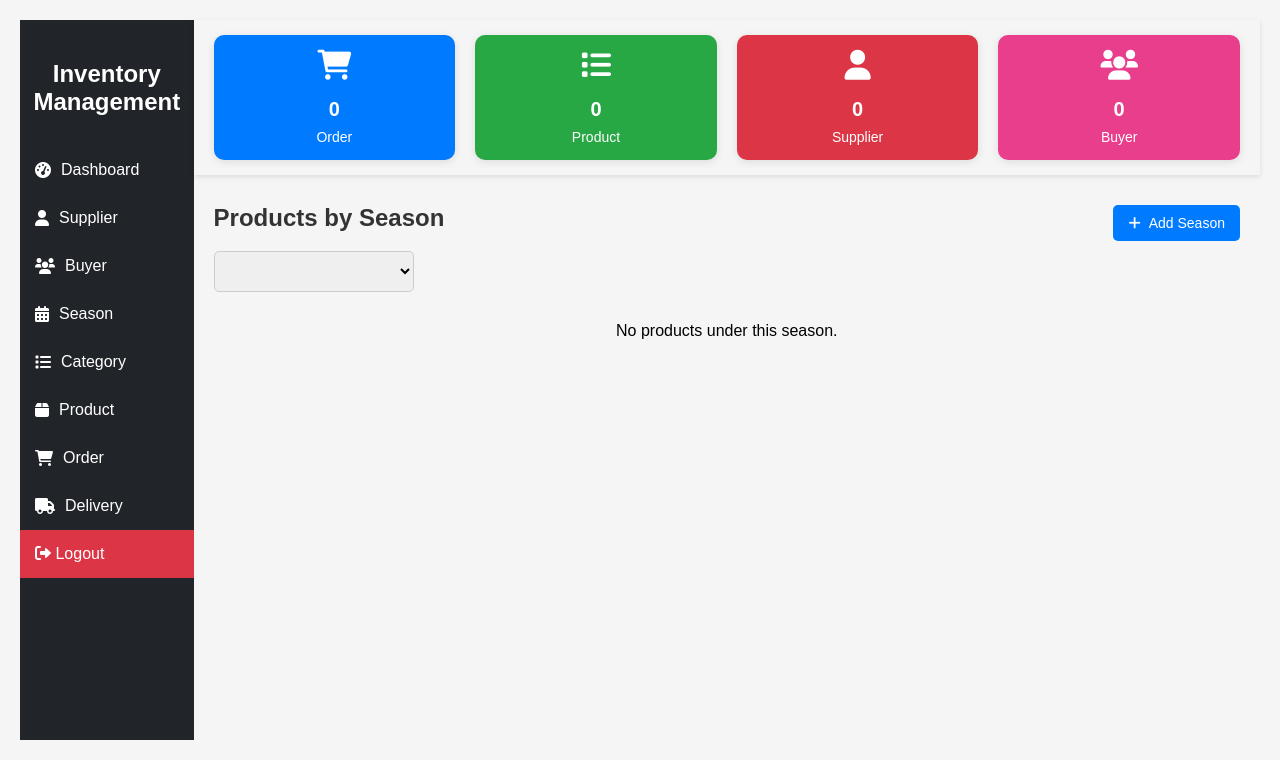
Repository: Fail2/Inventory_Management
Page: http://localhost/accounts/products/by/season/
An editor plug-in stored every save of this project. The page is shown before and after the next save, followed by the edit.
The browser window is 1280 px wide. The pictures show the whole page.
The page is served by the project's application, run on Django 5.2 (inventory_management/manage.py). Queries for data that is not in the repository find no rows.

Above is the page before, as saved 2025-05-02 12:24:37.

After the next save:
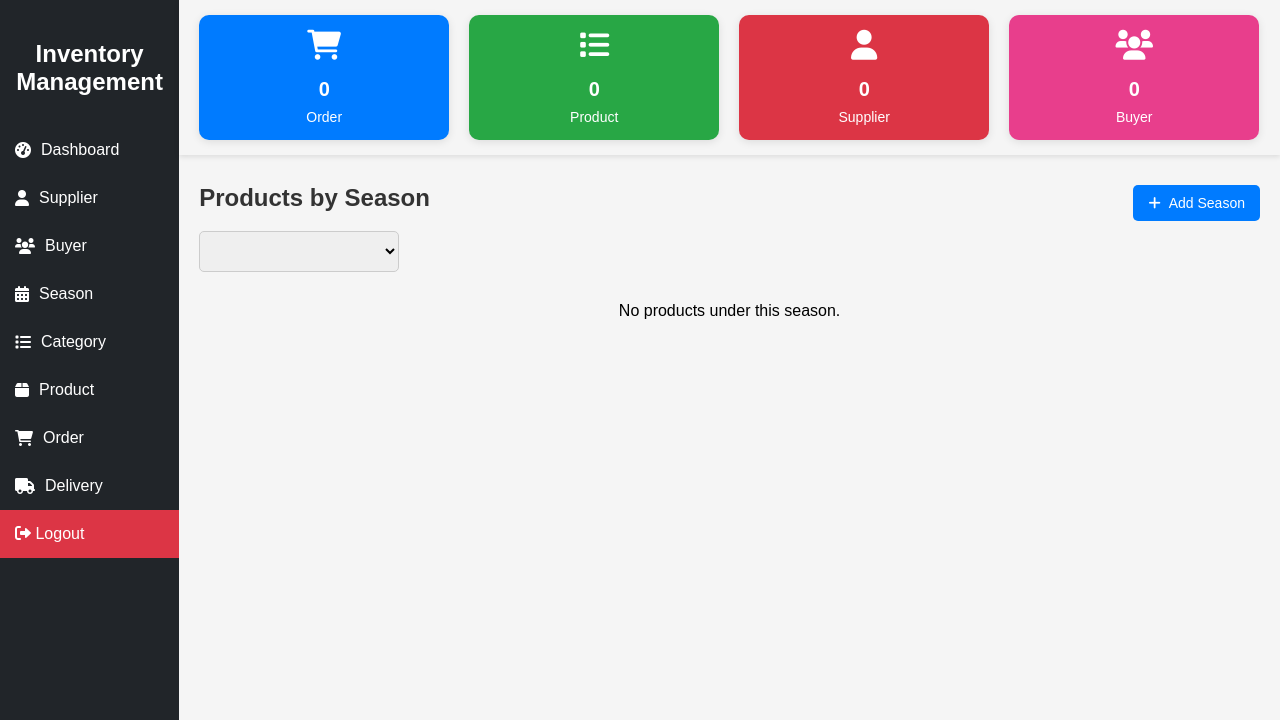
Saved 2 min 2 s later.
--- a/inventory_management/accounts/templates/accounts/grouped_product_list.html
+++ b/inventory_management/accounts/templates/accounts/grouped_product_list.html
@@ -4,12 +4,7 @@
 {% block extra_css %}
 <link rel="stylesheet" href="https://cdnjs.cloudflare.com/ajax/libs/font-awesome/6.0.0/css/all.min.css">
 <style>
-    body {
-        font-family: Arial, sans-serif;
-        background-color: #f5f7fa;
-        margin: 0;
-        padding: 20px;
-    }
+
 
     .header {
         display: flex;

After the 3 saves that followed:
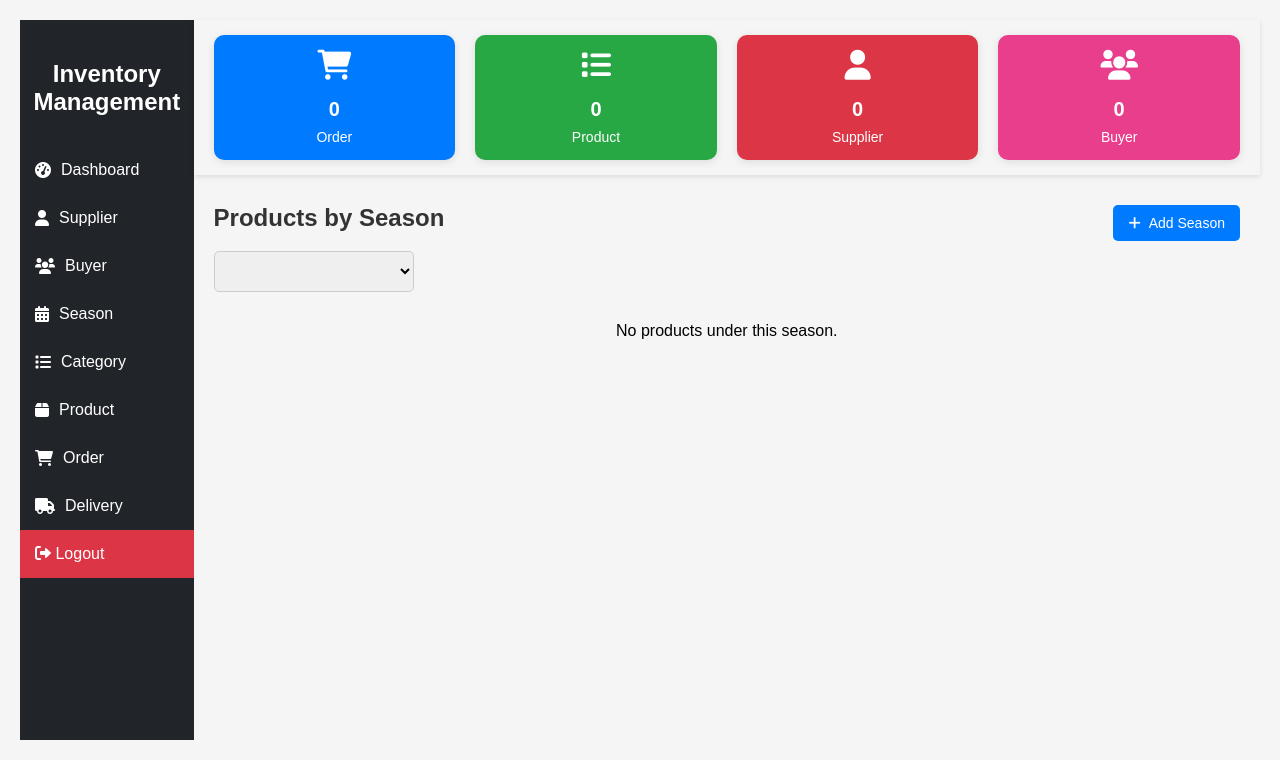
The 3 saves are shown as one change because 1 did not build or start and some came seconds apart.
The last was saved 2 min 8 s later.
--- a/inventory_management/accounts/templates/accounts/grouped_product_list.html
+++ b/inventory_management/accounts/templates/accounts/grouped_product_list.html
@@ -4,7 +4,12 @@
 {% block extra_css %}
 <link rel="stylesheet" href="https://cdnjs.cloudflare.com/ajax/libs/font-awesome/6.0.0/css/all.min.css">
 <style>
-
+    body {
+        font-family: Arial, sans-serif;
+        background-color: #f5f7fa;
+        margin: 0;
+        padding: 20px;
+    }
 
     .header {
         display: flex;
